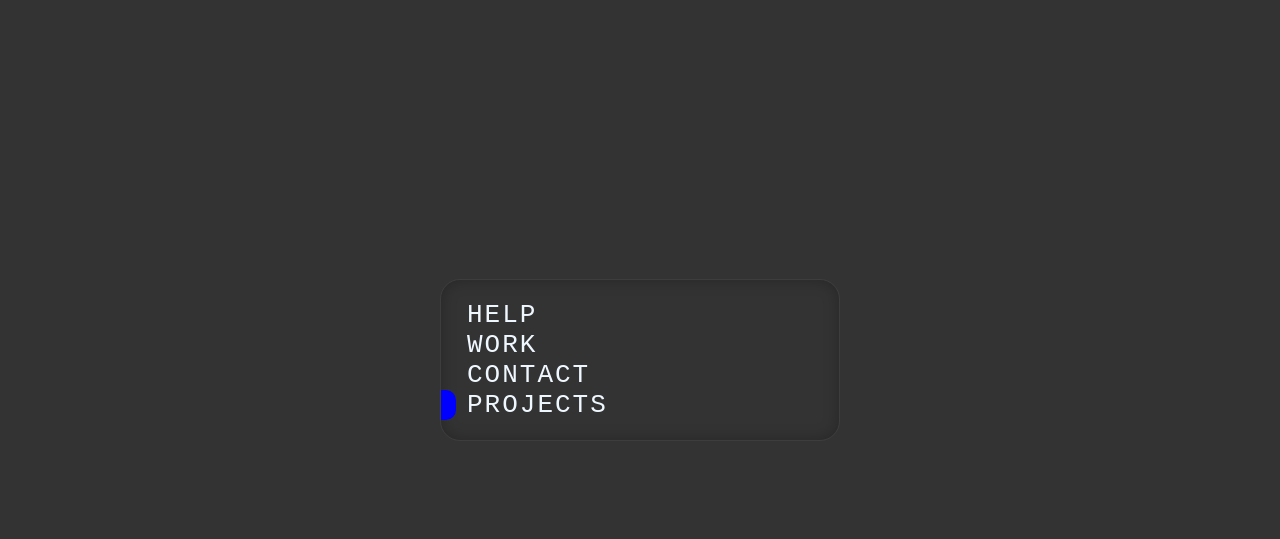
Repository: Rostyk-qq/Projects_Web
Page: menuRanLine/ranLine.html
An editor plug-in stored every save of this project. The page is shown before and after the next save, followed by the edit.
The browser window is 1280 px wide. The pictures show the whole page.

Above is the page before, as saved 2023-09-30 03:10:50.

### menuRanLine/ranLine.html
<!DOCTYPE html>
<html lang="en">
<head>
    <meta charset="UTF-8">
    <meta name="viewport" content="width=device-width, initial-scale=1.0">
    <link rel="stylesheet" href="./ranLine.css">
    <title>Document</title>
</head>
<body>
    <div class="wrapper">
        <ul class="menu">
            <li data-active-color="red" class="menu__list">
                <a href="#" class="menu__link">Help</a>
            </li>
            <li data-active-color="yellow"  class="menu__list">
                <a href="#" class="menu__link">Work</a>
            </li>
            <li data-active-color="green"  class="menu__list">
                <a href="#" class="menu__link">Contact</a>
            </li>
            <li data-active-color="blue"  class="menu__list _active">
                <a href="#" class="menu__link">Projects</a>
            </li>

            <div class="container__line">
                <div class="line"></div>
            </div>
        </ul>
    </div>
    <script src="./ranLine.js" ></script>
</body>
</html>

### menuRanLine/ranLine.css
*{
    margin: 0;
    padding: 0;
    box-sizing: border-box;
}
body{
    width: 100vw;
    height: 100vh;
    overflow: hidden;
}
.wrapper {
    width: 100%;
    height: 100%;
    display: grid;
    place-items: center;
    background-color: #333;
 }
.menu {
    position: relative;
    padding: 0;
    display: flex;
    flex-direction: column;
    flex-wrap: wrap;
    width: 400px;
    border-radius: 20px;
    overflow: hidden;
    display: flex;
    align-items:center;
}
.menu__list {
    list-style-type: none;
    width: 100%;
    padding: ;
    display: flex;
    align-items: center;
}
.menu__list:nth-child(1){
    margin-top: 20px;
}
.menu__list:nth-child(4){
    margin-bottom: 20px;
}
.menu__link {
    text-transform: uppercase;
    text-decoration: none;
    letter-spacing: 2px;
    color: aliceblue;
    padding-left: 26px;
    font-size: 26px;
    font-family: 'Courier New', Courier, monospace;
}
.container__line {
    position: absolute;
    left: 0;
    top: 0;
    width: 15px;
    height: 100%;
}
.line {
    position: absolute;
    top: 0;
    left: 0;
    width: 100%;
    border-radius: 0px 10px 10px 0px;
}

.menu{
    border: 1px solid transparent;
    box-shadow: inset 0px 0px 15px 0px transparent;
}
.loaded .menu {
    border: 1px solid rgba(255, 255, 255, 0.05);
    box-shadow: inset 0px 0px 15px 0px rgb(0, 0, 0, 0.25);
    transition: all 1.2s ease;
}
.menu__link{
    transform: translateX(-100%);
}
.loaded .menu__link{
    transform: translateX(0%);
    transition: transform 1.2s ease;
}
.loaded .menu__list:nth-child(1) .menu__link{
    transition-delay: .5s;
}
.loaded .menu__list:nth-child(2) .menu__link{
    transition-delay: .7s;
}
.loaded .menu__list:nth-child(3) .menu__link{
    transition-delay: .9s;
}
.loaded .menu__list:nth-child(4) .menu__link{
    transition-delay: 1.1s;
}
.container__line .line{
    transform: translateX(-100%);
}
.loaded .container__line .line{
    transform: translateX(0%);
    transition: transform 2s ease;
    transition-delay: 1s;
}

### menuRanLine/ranLine.js

window.addEventListener('load', windowLoad);

function windowLoad(e) {
    document.documentElement.classList.add('loaded');

    const menu = document.querySelector('ul.menu');
    let menuActiveElement;

    if(menu){
        menuActiveElement = document.querySelector('.container__line .line')
        const menuActiveItem = menu.querySelector('.menu__list._active')

        menuActiveItem ? setStyles(menuActiveItem) : null;
        menu.addEventListener('click', effectCreate)
    }
    function effectCreate(e){
        const target = e.target;

        if(target.closest('.menu__list')){
            const getItem = target.closest('.menu__list');
            const getItemActive = menu.closest('.menu__list._active');

            if(!getItem.classList.contains('_active')){
                getItemActive ? getItemActive.classList.remove('_active') : null;
            }
            setStyles(getItem)
            e.preventDefault();
        }
    }
    function setStyles(menuActiveItem) {
        menuActiveItem.classList.add('_active')
        menuActiveElement.style.cssText = `
            height: ${menuActiveItem.offsetHeight}px;
            top: ${menuActiveItem.offsetTop}px;
            background-color: ${menuActiveItem.dataset.activeColor};
            transition: all 1s ease;
        `
    }
}

After the next save:
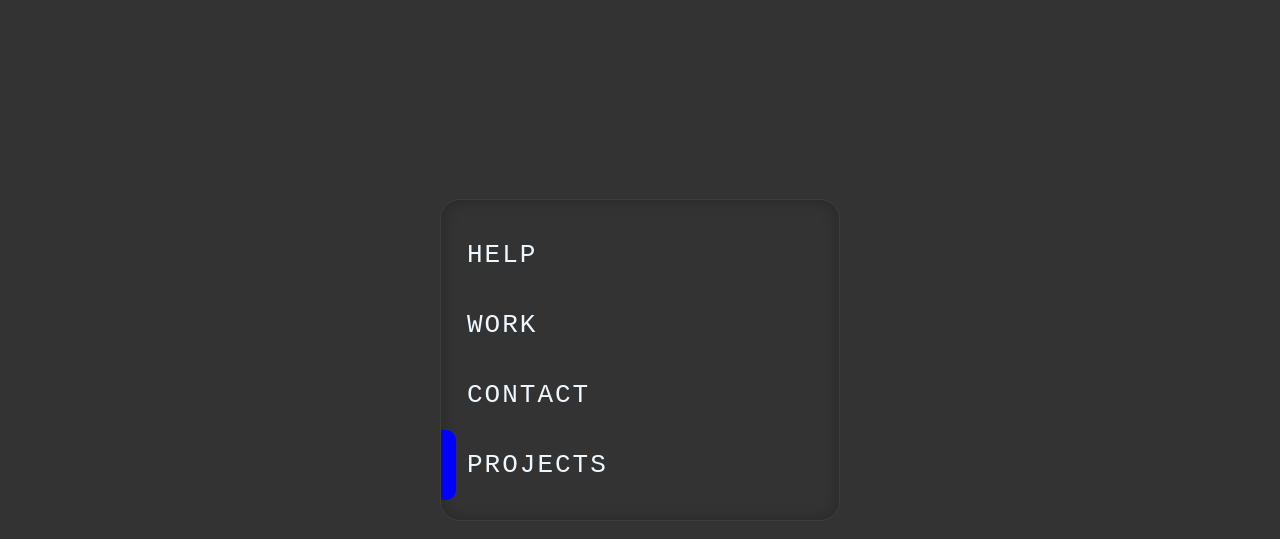
Saved 7 s later.
--- a/menuRanLine/ranLine.css
+++ b/menuRanLine/ranLine.css
@@ -30,7 +30,7 @@ body{
 .menu__list {
     list-style-type: none;
     width: 100%;
-    padding: ;
+    padding: 20px 0px;
     display: flex;
     align-items: center;
 }
